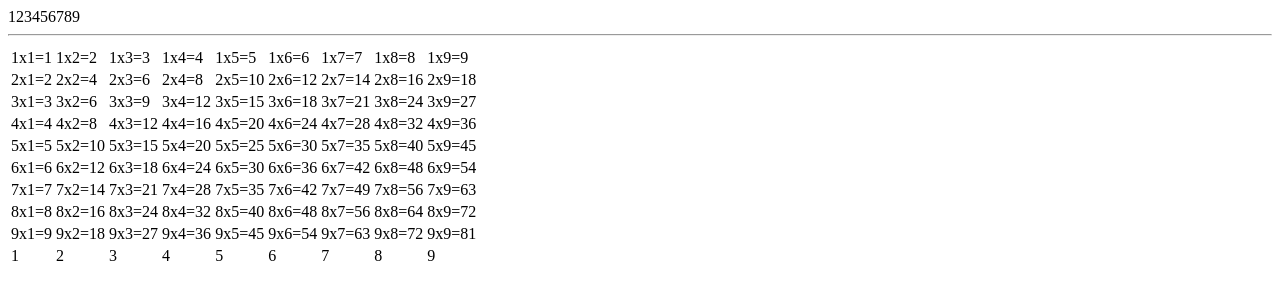
Repository: SongSooJin/JSP
Page: http://localhost/5-jsp-basic/example5/gugudan2.jsp
These files come from the project's save history. The page is drawn as it stood at one moment and after a run of saves; the edit follows.
The browser window is 1280 px wide. The pictures show the whole page.
The page is served by Tomcat 9.

Above is the page before, as saved 2018-10-08 05:51:23.

After the next 2 saves:
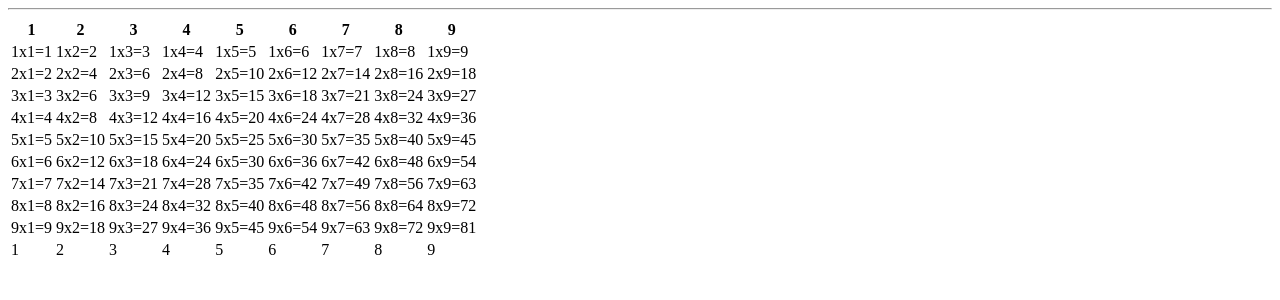
The 2 saves are shown as one change because they came seconds apart.
The last was saved 13 s later.
--- a/5-jsp-basic/WebContent/example5/gugudan2.jsp
+++ b/5-jsp-basic/WebContent/example5/gugudan2.jsp
@@ -6,39 +6,52 @@
 <meta charset="UTF-8">
 <title>Insert title here</title>
 <style type="text/css">
-	th, td = {
-		padding: 5px;
-	}
+th
+,
+td
+
+=
+{
+padding
+:
+
+5
+px
+;
+
+
+}
 </style>
 </head>
 <body>
 
-	<%
-		for (int i = 1; i <= 9; i++) {
-			out.print("<th>"+i+"</th>");
-		}
-	%>
+
 	<hr>
 
 	<table>
 		<thead>
 			<tr>
+				<%
+					for (int i = 1; i <= 9; i++) {
+						out.print("<th>" + i + "</th>");
+					}
+				%>
 			</tr>
 		</thead>
 
 		<tbody>
-		<%
-			for (int i = 1; i <= 9; i++) { // 행
-				out.print("<tr>");
-				for (int j = 1; j <= 9; j++) { // 열
-					out.print("<td>");
-					out.print(i + "x" + j + "=" + (i * j));
-					out.print("</td>");
+			<%
+				for (int i = 1; i <= 9; i++) { // 행
+					out.print("<tr>");
+					for (int j = 1; j <= 9; j++) { // 열
+						out.print("<td>");
+						out.print(i + "x" + j + "=" + (i * j));
+						out.print("</td>");
+					}
+
+					out.print("</tr>");
 				}
-
-				out.print("</tr>");
-			}
-		%>
+			%>
 			<tr>
 				<td>1</td>
 				<td>2</td>
